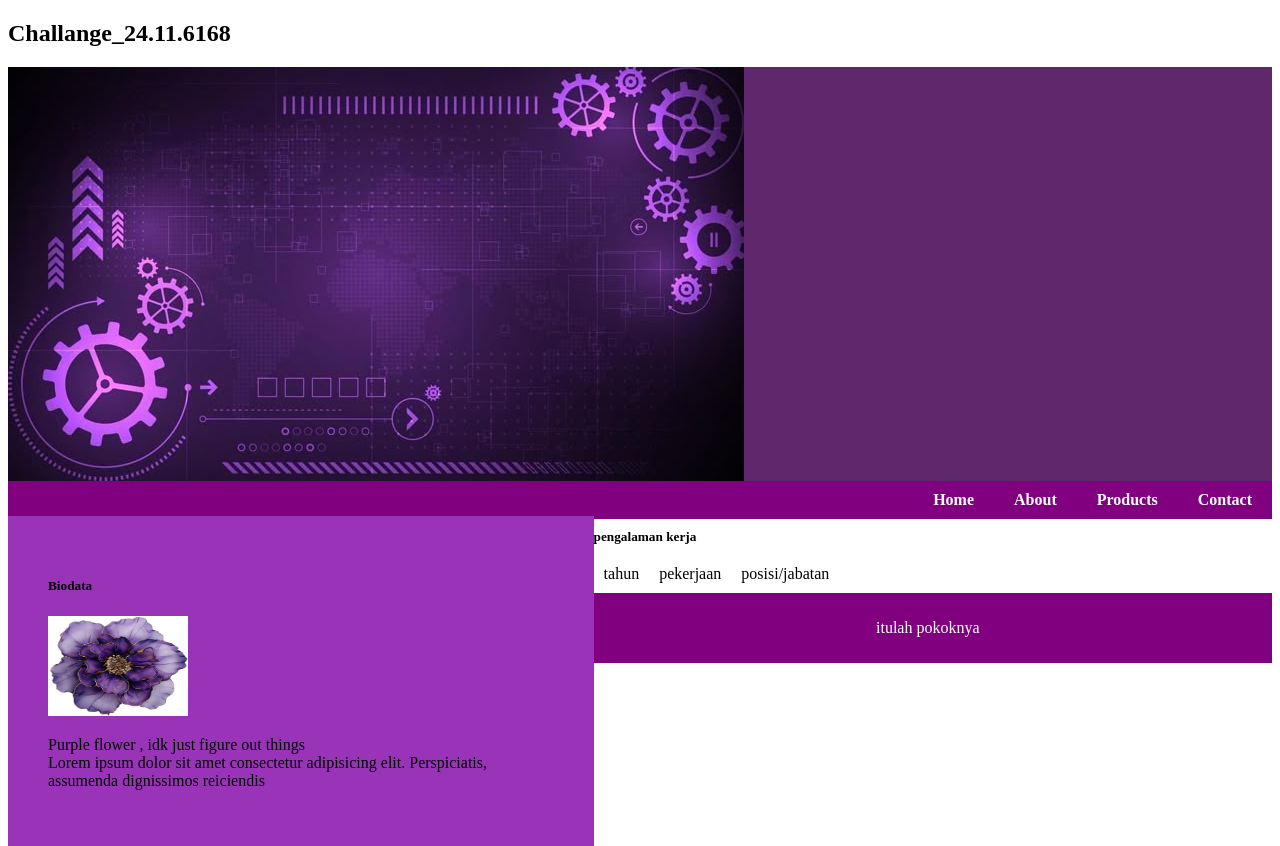
Repository: Ms-Ulfiyahrustam/p5_pemogramanweb
Page: index.html
An editor plug-in stored every save of this project. The page is shown before and after the next save, followed by the edit.
The browser window is 1280 px wide. The pictures show the whole page.

Above is the page before, as saved 2026-04-27 09:55:17.

### index.html
<!DOCTYPE html>
<html lang="en">
<head>
    <meta charset="UTF-8">
    <meta name="viewport" content="width=device-width, initial-scale=1.0">
    <link rel="stylesheet" href="style.css">
    <title>Document</title>
</head>
<body class="">
    <h2>Challange_24.11.6168</h2>
    <div class="flex-container">
        <img src="download.jpg" alt="">
    </div>
    <div class="leftside">
        <h5>Biodata</h5>
        <img src="purple.jpg" alt="" width="140" height="100" >
        <p>Purple flower , idk just figure out things <br>
            Lorem ipsum dolor sit amet consectetur adipisicing elit. Perspiciatis, assumenda dignissimos reiciendis  <br>
        </p>
    </div>
    <div class="midplace">
<nav class="menu">
  <ul>
    <li><a href="#">Home</a></li>
    <li><a href="#">About</a></li>
    <li><a href="#">Products</a></li>
    <li><a href="#">Contact</a></li>
  </ul>
</nav>
        </div>

        <div class="rightside">
            <h5>pengalaman kerja</h5>
            <table cellspacing="0" cellpadding="10">
                    <tr >
                        <td>tahun</td>
                        <td> pekerjaan</td>
                        <td>posisi/jabatan</td>
                    </tr>
            </table>
        </div>


        <footer class="footer">
            <p>itulah pokoknya</p>
        </footer>
</body>
</html>

### style.css


.flex-container{
    display: flex;
    background-color: rgb(95, 40, 109);
    margin: auto;
}

.leftside{

    float:left;
    background-color: rgb(153, 52, 184);
    margin-top: 35px;
    width:40%;
    height: 40%;
    padding: 40px;


}

leftside img{
    justify-content: center;
}

.rightside{
    justify-content: right;
}

.rightside h5 {
    justify-content: center;
    margin: auto;
    padding: 10px;
}


.midplace{
    background-color: purple;
    color: azure;

}

.menu {
  background-color: purple;
  padding: 10px 0;
}

.menu ul {
  display: flex;
  justify-content: right;
  list-style: none;
  margin: 0;
  padding: 0;
}

.menu li {
  margin: 0 20px;
}

.menu a {
  text-decoration: none;
  color: white;
  font-weight: bold;
}

.footer {
    background-color :purple;
    padding: 10px;
    text-align: center;
    color : white;
}

After the next save:
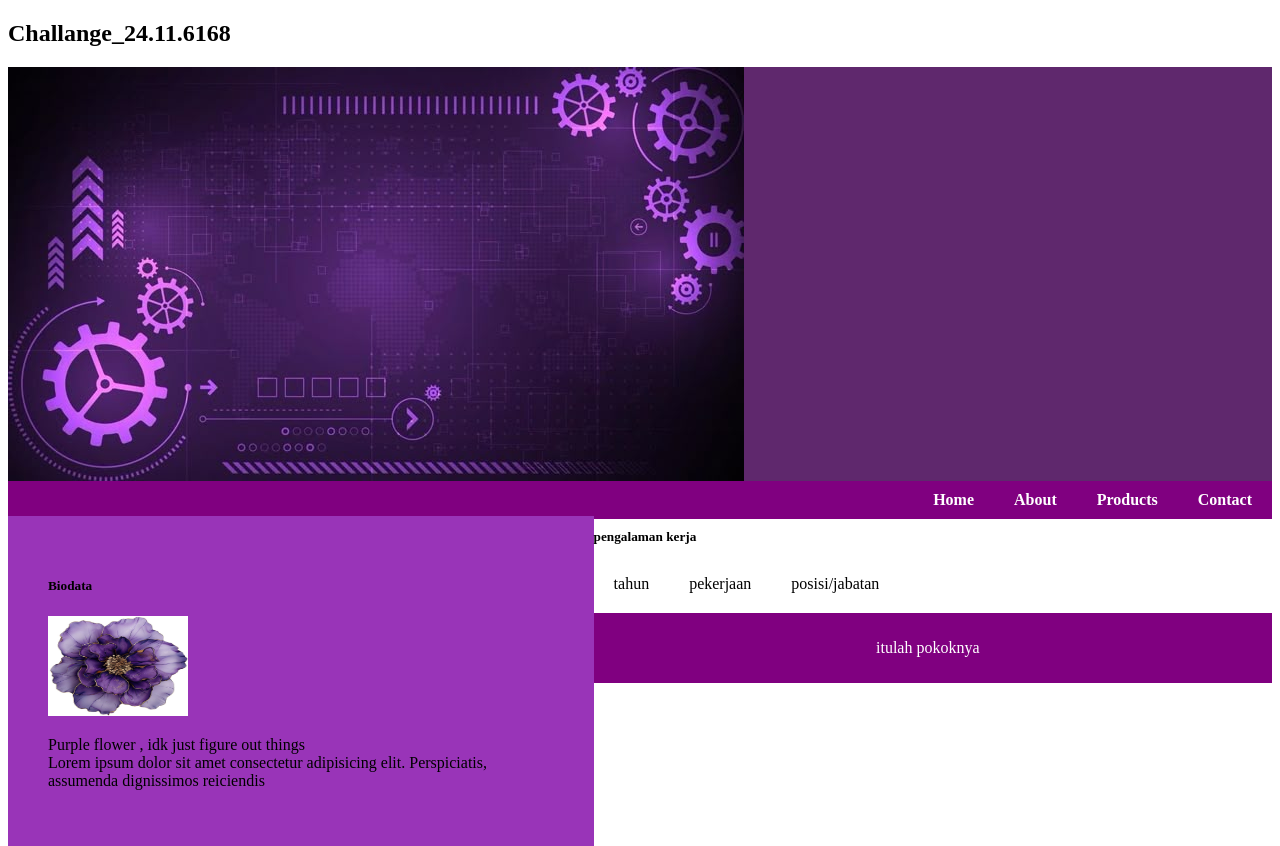
Saved 7 s later.
--- a/index.html
+++ b/index.html
@@ -31,7 +31,7 @@
 
         <div class="rightside">
             <h5>pengalaman kerja</h5>
-            <table cellspacing="0" cellpadding="10">
+            <table cellspacing="0" cellpadding="20">
                     <tr >
                         <td>tahun</td>
                         <td> pekerjaan</td>
